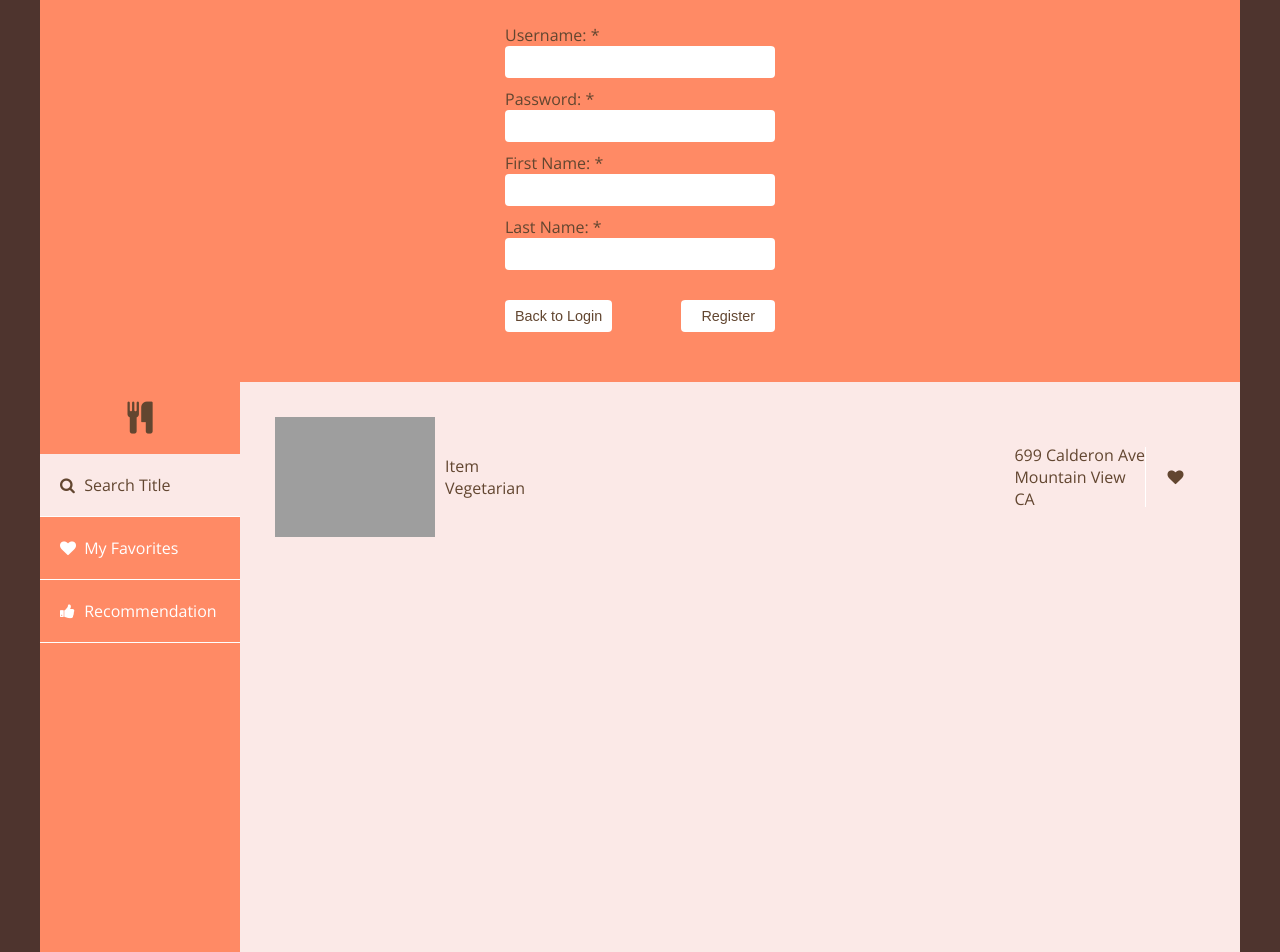
Repository: qianhuiwei/RecipeReady
Page: eclipse-workspace-capstone/capstone/src/main/webapp/index.html
The author's editor kept a copy of each file at every save. The page is drawn from the files as they stood at one save, then again after the next save.
The browser window is 1280 px wide. The pictures show the part of the page from y = 716 to 1668 px (the page is 1958 px tall).
Pictures or frames that could not be fetched are drawn as grey boxes. Some web libraries are served in a nearby version.

Above is the page before, as saved 2020-10-04 22:16:51.

### eclipse-workspace-capstone/capstone/src/main/webapp/index.html
<!DOCTYPE html>
<html>
<head>
  <meta charset="UTF-8">
  <meta name="description" content="Item Recommendation">
  <meta name="author" content="Qian-Hui Wei">
  <title>Recipe Recommendation</title>
  <!-- google font-->
  <link href='https://fonts.googleapis.com/css?family=Open+Sans:400,300,700' rel='stylesheet' type='text/css'>
  <!-- icon library-->
  <link rel="stylesheet" href="https://maxcdn.bootstrapcdn.com/font-awesome/4.5.0/css/font-awesome.min.css">
  <link rel="stylesheet" href="styles/main.css">
</head>

<body>
  <header class="top-header">
    <nav class="top-nav">
      <a href="#">Home</a>
      <a href="#">Contact</a>
      <a href="#">About</a>
    </nav>
    <span id="welcome-msg"></span>
    <a id="logout-link" href="logout">Logout</a>
    <i id="avatar" class="avatar fa fa-user fa-2x"></i>
  </header>

  <div class="container">
    <header>
      <p>
        <span>Recipe</span>
        <br /> Recommendation
      </p>
    </header>

    <section class="main-section">
      <div id="login-form">
        <label for="username">Username:</label>
        <input id="username" name="username" type="text">
        <label for="password">Password:</label>
        <input id="password" name="password" type="password">
        <button id="register-form-btn">New User? Register</button>
        <button id="login-btn">Login</button>
        <p id="login-error"></p>
      </div>

      <div id="register-form">
        <label for="username">Username: *</label>
        <input id="register-username" name="username" type="text">
        <label for="password">Password: *</label>
        <input id="register-password" name="password" type="password">
        <label for="first-name">First Name: *</label>
        <input id="register-first-name" name="first-name" type="text">
        <label for="last-name">Last Name: *</label>
        <input id="register-last-name" name="last-name" type="text">
        <button id="login-form-btn">Back to Login</button>
        <button id="register-btn">Register</button>
        <p id="register-result"></p>
      </div>

      <aside id="item-nav">
        <div class="nav-icon">
          <i class="fa fa-cutlery fa-2x"></i>
        </div>
        <nav class="main-nav">
          <a href="#" id="nearby-btn" class="main-nav-btn active">
            <i class="fa fa-search"></i> Search Title
          </a>
          <a href="#" id="fav-btn" class="main-nav-btn">
            <i class="fa fa-heart"></i> My Favorites
          </a>
          <a href="#" id="recommend-btn" class="main-nav-btn">
            <i class="fa fa-thumbs-up"></i> Recommendation
          </a>
        </nav>
      </aside>

      <ul id="item-list">
        <li class="item">
          <img alt="item image" src="https://s3-media3.fl.yelpcdn.com/bphoto/EmBj4qlyQaGd9Q4oXEhEeQ/ms.jpg" />
          <div>
            <a class="item-name" href="#">Item</a>
            <p class="item-category">Vegetarian</p>
          </div>
          <p class="item-address">699 Calderon Ave<br/>Mountain View<br/> CA</p>
          <div class="fav-link">
            <i class="fa fa-heart"></i>
          </div>
        </li>
      </ul>
    </section>
  </div>

  <footer>
    <p class="title">What We Do</p>
    <p>"Help you find the best place around."</p>
    <ul>
      <li>
        <p><i class="fa fa-map-o fa-2x"></i></p>
        <p>LaiOffer office, CA</p>
      </li>
      <li>
        <p><i class="fa fa-envelope-o fa-2x"></i></p>
        <p>info@laioffer.com</p>
      </li>
      <li>
        <p><i class="fa fa-phone fa-2x"></i></p>
        <p>+1 800 123 456</p>
      </li>
    </ul>
  </footer>

  <script src="https://rawgit.com/emn178/js-md5/master/build/md5.min.js"></script>
  <script src="scripts/main.js"></script>

### eclipse-workspace-capstone/capstone/src/main/webapp/styles/main.css
* {
	box-sizing: border-box;
	margin: 0;
	padding: 0;
}

body {
	background: #4e342e;
	color: #FFFFFF;
	font-family: 'Open Sans', sans-serif;
	font-weight: 300;
}

button:hover {
	transform: scale(1.05)
}

ul {
	list-style: none;
}

/**
 * top header
 */
.top-header {
	align-items: center;
	background: #8d6e63;
	box-shadow: 0px 2px 10px #333333;
	display: flex;
	height: 60px;
	position: fixed; /*fixed on the top of the page*/
	top: 0;
	width: 100%;
	z-index: 1;
}

.header-mark {
	font-family: Apple Chancery;
	font-size: 25px;
}

.avatar {
	background: #FFFFFF;
	border-radius: 50%;
	color: #333C4D;
	height: 40px;
	margin-right: 20px;
	margin-left: 10px;
	padding-left: 9px;
	padding-top: 5px;
	width: 40px;
}

#logout-link {
	padding-left: 10px;
	color: white;
}

/**
 * top navigation
 */
#recipe-btn:hover, #fridge-btn:hover {
	text-decoration: underline;
}

.top-nav {
	flex: 1;
}

.top-nav a {
	color: #F9F9F9;
	font-weight: 400;
	margin-left: 20px;
	text-decoration: none;
}

#welcome-msg {
	border-right: 1px solid #FFFFFF;
	padding-right: 10px;
}

/**
 * main container
 */
.container {
	margin: 60px auto;
	max-width: 1200px;
	min-width: 600px;
}

/**
 * main header
 */
.container>header {
	height: 250px;
	align-items: center;
	display: flex;
	background-size: 100%;
	background-position: top;
	background-repeat: no-repeat;
	animation: slide;
	animation-duration: 30s;
	animation-direction: reverse;
	animation-iteration-count: infinite;
	animation-timing-function: ease-in-out;
}

@keyframes slide {
	0% {
		background-image: url('food_1.jpg');}
	20% {
		background-image:url('food_6.jpg');}
	40% {
		background-image:url('food_5.jpg');}
	60% {
		background-image:url('food_3.jpg');}
	80% {
		background-image:url('food_2.jpg');}
	100% {
		background-image:url('food_1.jpg');}
}

.container>header p {
	border-left: 1px solid #FFFFFF;
	font-weight: 400;
	font-size: 2em;
	line-height: 1em;
	margin-left: 300px;
	margin-bottom: 100px;
	padding-left: 5px;
}

.container>header span {
	color: #FBAF41;
}

#instagram {
	padding-left: 5px;
}

#twitter {
	padding-left: 5px;
}

#facebook {
	padding-left: 5px;
}

/**
 * login form
 */
#login-form {
	color: #624630;
	margin: 0px auto;
	overflow: auto;
	padding-top: 90px;
	padding-bottom: 90px;
	padding-left: 40px;
	padding-right: 40px;
	width: 350px;
}

#login-form label {
	display: block;
	font-weight: 400;
}

#login-form input {
	border: none;
	border-radius: 4px;
	display: block;
	margin-bottom: 10px;
	padding: 8px;
	width: 100%;
	font-size: 0.9em;
}

#login-form #login-btn {
	background-color: white;
	border: none;
	color: #624630;
	border-radius: 4px;
	cursor: pointer;
	float: right;
	padding: 8px 20px;
	text-align: right;
	margin-top: 20px;
	font-size: 0.9em;
}

#login-form #register-form-btn {
	background-color: white;
	border: none;
	color: #624630;
	border-radius: 4px;
	cursor: pointer;
	float: left;
	padding: 8px 10px;
	text-align: left;
	margin-top: 20px;
	font-size: 0.9em;
}

#login-error {
	clear: both;
	color: #990000;
	padding-top: 30px;
	font-weight: 400;
}

/**
 * register form
 */
#register-form {
	color: #624630;
	margin: 0px auto;
	overflow: auto;
	padding: 40px;
	width: 350px;
}

#register-form label {
	display: block;
	font-weight: 400;
}

#register-form input {
	border: none;
	border-radius: 4px;
	display: block;
	margin-bottom: 10px;
	padding: 8px;
	width: 100%;
	font-size: 0.9em;
}

#register-form #login-form-btn {
	background-color: white;
	border: none;
	color: #624630;
	border-radius: 4px;
	cursor: pointer;
	float: left;
	padding: 8px 10px;
	text-align: left;
	margin-top: 20px;
	font-size: 0.9em;
}

#register-form #register-btn {
	background-color: white;
	border: none;
	color: #624630;
	border-radius: 4px;
	cursor: pointer;
	float: right;
	padding: 8px 20px;
	text-align: right;
	margin-top: 20px;
	font-size: 0.9em;
}

#register-result {
	clear: both;
	color: #990000;
	padding-top: 10px;
}

/**
 * main section
 */
.main-section {
	background: #ff8a65;
}

/**
 * aside
 */
#item-nav {
	float: left;
	width: 200px;
}

.nav-icon {
	color: #624630;
	padding: 20px;
	text-align: center;
}

/**
 * main navigation
 */
.main-nav-btn {
	background: none;
	border-bottom: 1px solid #FFFFFF;
	color: #FFFFFF;
	display: block;
	padding: 20px;
	text-align: left;
	text-decoration: none;
}

.main-nav-btn:hover {
	background: rgba(255, 255, 255, 0.8);
	background: #d7ccc8;
	background: #fbe9e7;
	background: #ffebee;
	color: #624630;
}

.main-nav-btn.active {
	background: #F2EBD9;
	background: #fbe9e7;
	color: #624630;
}

.main-nav-btn i {
	width: 20px;
}

/**
 * recipe item list
 */
#item-list {
	background: #fbe9e7;
	color: #624630;
	list-style: none;
	margin-left: 200px;
	min-height: 600px;
	padding: 10px;
}

#item-list .notice {
	font-size: 16px;
	padding: 60px;
	text-align: center;
}

/**
 * recipe item
 */
.item {
	align-items: center;
	border-bottom: 1px solid #FFFFFF;
	display: flex;
	margin: 10px;
	padding: 15px;
	transition: background-color 100ms linear;
}

.item:last-child {
	border: none;
}

.item:hover {
	background: rgba(255, 255, 255, 0.8);
	transition: background-color 100ms linear;
}

.item img {
	height: 120px;
	width: 160px;
}

.item>div:first-of-type {
	flex: 1;
	margin-left: 10px;
	margin-right: 10px;
}

.item-name {
	color: #624630;
	font-weight: 400;
	text-decoration: none;
}

.item-name:hover {
	text-decoration: underline;
}

.fav-link {
	border-left: 1px solid #FFFFFF;
	cursor: pointer;
	line-height: 60px;
	text-align: center;
	width: 60px;
}

.fav-link:hover {
	color: #F13F3F;
}

/**
 * fridge
 */
.add-option {
	display: flex;
}

.add-option>div {
	flex: 1;
}

#add-option-1 {
	margin-top: 15px;
	margin-left: 20px;
	margin-bottom: 20px;
}

#add-option-1>label {
	font-weight: 400;
}

#add-option-2>label {
	font-weight: 400;
}

#add-option-2 {
	margin-top: 20px;
	margin-right: 20px;
	margin-bottom: 20px;
}

#fridge-item-container {
	background: #fbe9e7;
	min-height: 600px;
	color: #4e342e;
	margin-top: 15px;
	margin-bottom: 10px;
	padding-top: 10px;
	padding-left: 10px;
	border-right: 1px solid #FFFFFF;
}

#storage-label {
	font-weight: 400;
}

#load-fridge-msg {
	margin-top: 10px;
}

#fridge-item-list {
	margin-top: 10px;
}

#add-option-1 input {
	border: none;
	border-radius: 4px;
	padding: 8px;
	margin-left: 5px;
	font-size: 0.9em;
}

#input-file {
	display: none;
}

.custom-file-upload {
	background-color: white;
	border: none;
	color: #4e342e;
	border-radius: 4px;
	cursor: pointer;
	text-align: left;
	margin-left: 5px;
	padding: 7px 9px;
	font-size: 0.9em;
}

#add-fridge-btn {
	background-color: white;
	border: none;
	color: #4e342e;
	border-radius: 4px;
	cursor: pointer;
	text-align: left;
	padding: 8px 10px;
	margin-left: 5px;
	font-weight: 400;
	font-family: 'Open Sans', sans-serif;
	font-size: 0.9em;
}

#see-recommend-btn {
	background-color: white;
	border: solid 1px #8d6e63;
	color: #4e342e;
	border-radius: 4px;
	cursor: pointer;
	text-align: left;
	padding: 8px 10px;
	margin-left: 5px;
	font-weight: 400;
	font-family: 'Open Sans', sans-serif;
	font-size: 0.9em;
}

#clear-fridge-btn {
	background-color: white;
	border: solid 1px #8d6e63;
	color: #4e342e;
	border-radius: 4px;
	cursor: pointer;
	text-align: left;
	padding: 8px 10px;
	margin-left: 5px;
	font-weight: 400;
	font-family: 'Open Sans', sans-serif;
	font-size: 0.9em;
}

.item:hover {
	background: rgba(255, 255, 255, 0.8);
	transition: background-color 100ms linear;
}

/**
 * labels
 */
#result-container {
	background: #fbe9e7;
	min-height: 600px;
	color: #4e342e;
	margin-top: 23px;
	margin-bottom: 10px;
	padding-top: 10px;
}

.loading-section {
	display: flex;
}

.loading-section>div {
	flex: 1;
}

#img-container {
	border: solid 1px #4e342e;
	height: 300px;
	width: 300px;
	margin-left: 10px;
}

#load-img-msg {
	margin-top: 10px;
	margin-left: 10px;
	margin-right: 10px;
}

#label-label {
	font-weight: 400;
	margin-top: 10px;
	padding-left: 10px;
}

.label-item-list {
	display: flex;
	margin-top: 10px;
	margin-left: 10px;
	margin-right: 10px;
	padding-bottom: 10px;
}

.label-item-list>div {
	flex: 1;
}

/**
 * footer section
 */
footer {
	font-size: 0.8em;
	height: 200px;
	position: relative;
	background: #8d6e63;
}

footer p {
	text-align: center;
}

footer p.title {
	font-size: 1.2em;
	padding-top: 40px;
	padding-bottom: 10px;
}

footer ul {
	align-items: center;
	display: flex;
	padding: 20px;
}

footer ul li {
	flex: 1;
}

footer ul li p {
	padding: 5px;
}

Loaded but not shown: eclipse-workspace-capstone/capstone/src/main/webapp/scripts/main.js (no copy from this time; the picture is the same without it)

After the next save:
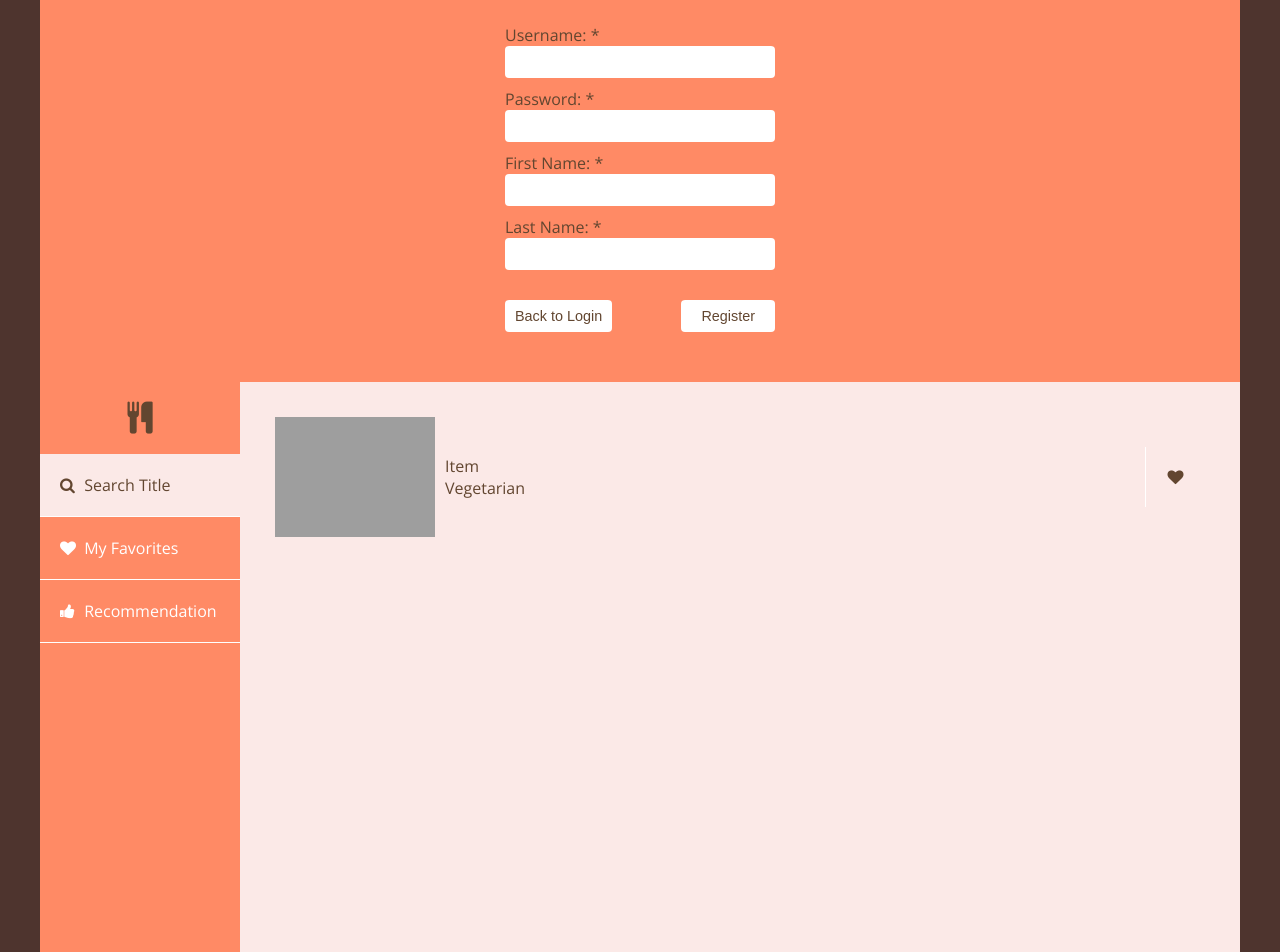
Saved 58 s later.
--- a/eclipse-workspace-capstone/capstone/src/main/webapp/index.html
+++ b/eclipse-workspace-capstone/capstone/src/main/webapp/index.html
@@ -81,7 +81,6 @@
             <a class="item-name" href="#">Item</a>
             <p class="item-category">Vegetarian</p>
           </div>
-          <p class="item-address">699 Calderon Ave<br/>Mountain View<br/> CA</p>
           <div class="fav-link">
             <i class="fa fa-heart"></i>
           </div>
